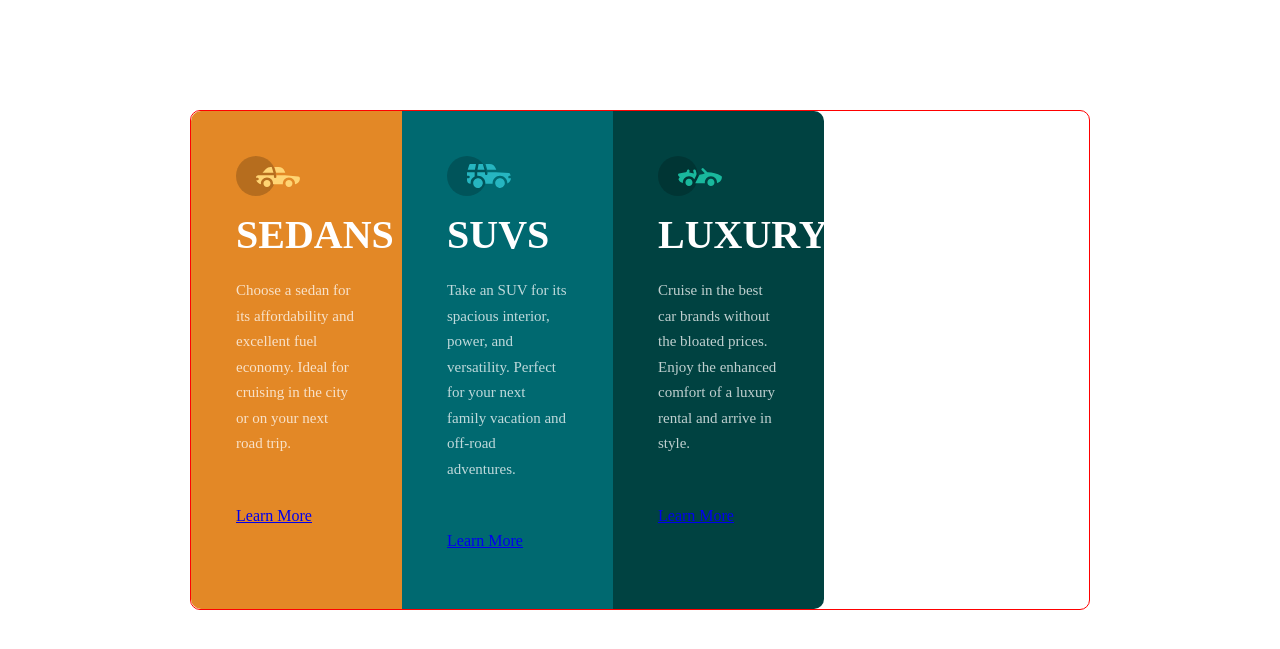
Repository: KamoliddinGIT/column-preview-card
Page: index.html
These files come from the project's save history. The page is drawn as it stood at one moment and after the next save; the edit follows.
The browser window is 1280 px wide. The pictures show the whole page.

Above is the page before, as saved 2023-09-15 16:35:12.

### index.html
<!DOCTYPE html>
<html lang="en">
  <head>
    <meta charset="UTF-8" />
    <meta name="viewport" content="width=device-width, initial-scale=1.0" />
    <link
      rel="icon"
      type="image/png"
      sizes="32x32"
      href="./images/favicon-32x32.png"
    />
    <link rel="stylesheet" href="./css/style.css" />
    <title>3-column preview card component</title>
  </head>
  <body>
    <div class="container">
      <div class="card card__1">
        <img src="./images/icon-sedans.svg" alt="sedans" />
        <h1>SEDANS</h1>
        <p>
          Choose a sedan for its affordability and excellent fuel economy. Ideal
          for cruising in the city or on your next road trip.
        </p>
        <a href="#">Learn More</a>
      </div>
      <div class="card card__2">
        <img src="./images/icon-suvs.svg" alt="suvs" />
        <h1>SUVS</h1>
        <p>
          Take an SUV for its spacious interior, power, and versatility. Perfect
          for your next family vacation and off-road adventures.
        </p>
        <a href="#">Learn More</a>
      </div>
      <div class="card card__3">
        <img src="./images/icon-luxury.svg" alt="icon-luxury" />
        <h1>LUXURY</h1>
        <p>
          Cruise in the best car brands without the bloated prices. Enjoy the
          enhanced comfort of a luxury rental and arrive in style.
        </p>
        <a href="#">Learn More</a>
      </div>
    </div>
  </body>
</html>

### css/style.css
* {
  margin: 0;
  padding: 0;
  box-sizing: border-box;
}

body {
  display: flex;
  justify-content: center;
  align-items: center;
  width: 100%;
  height: 100vh;
}

.container {
  display: flex;
  flex-direction: row;
  border-radius: 10px;
  width: 900px;
  height: 500px;
  color: hsla(0, 0%, 100%, 0.75);
  border: 1px solid red;
}

.card__1 {
  width: 211px;
  height: 100%;
  background-color: hsl(31, 77%, 52%);
  border-top-left-radius: 10px;
  border-bottom-left-radius: 10px;
  padding: 45px;
}

.card__2 {
  width: 211px;
  height: 100%;
  background-color: hsl(184, 100%, 22%);
  padding: 45px;
}

.card__3 {
  width: 211px;
  height: 100%;
  background-color: hsl(179, 100%, 13%);
  border-top-right-radius: 10px;
  border-bottom-right-radius: 10px;
  padding: 45px;
}

.card {
  padding: 45px;
  display: flex;
  flex-direction: column;
}

.card h1 {
  color: #fff;
  text-transform: uppercase;
  margin-top: 15px;
  margin-bottom: 20px;
  font-size: 40px;
}

.card img {
  width: 64px;
  height: 40px;
}

.card p {
  margin: 0 0 50px;
  font-size: 15px;
  line-height: 1.7;
}

After the next save:
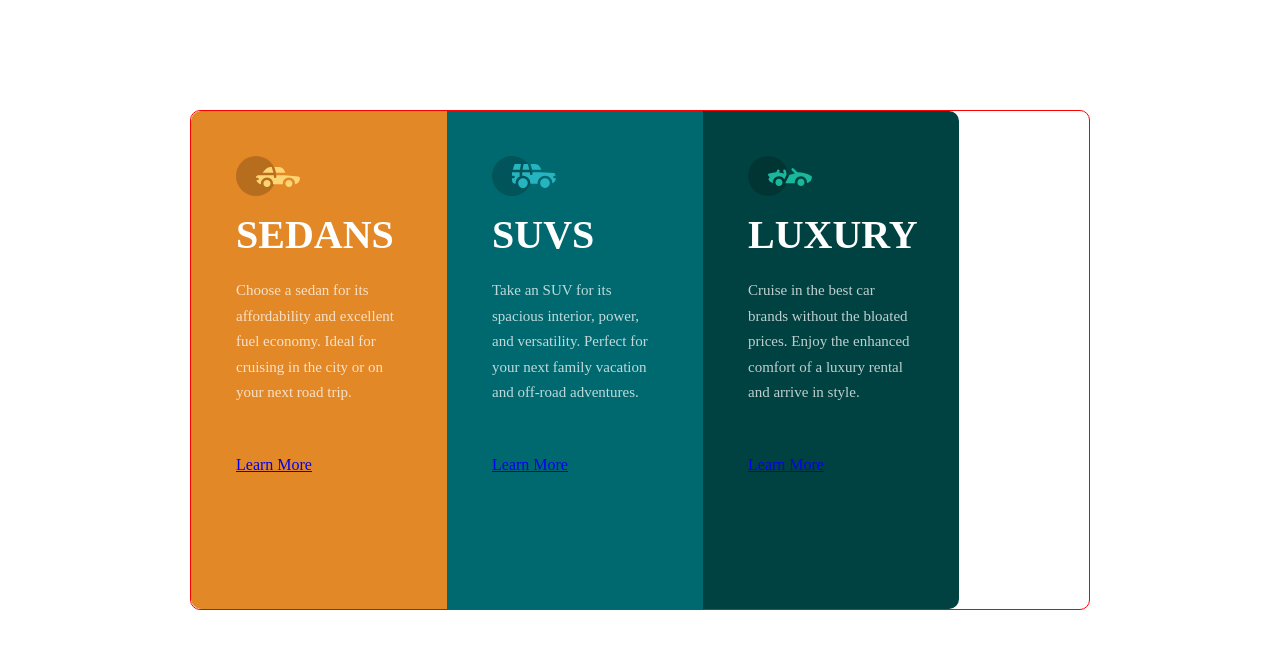
Saved 10 s later.
--- a/css/style.css
+++ b/css/style.css
@@ -23,7 +23,7 @@ body {
 }
 
 .card__1 {
-  width: 211px;
+  width: 256px;
   height: 100%;
   background-color: hsl(31, 77%, 52%);
   border-top-left-radius: 10px;
@@ -32,14 +32,14 @@ body {
 }
 
 .card__2 {
-  width: 211px;
+  width: 256px;
   height: 100%;
   background-color: hsl(184, 100%, 22%);
   padding: 45px;
 }
 
 .card__3 {
-  width: 211px;
+  width: 256px;
   height: 100%;
   background-color: hsl(179, 100%, 13%);
   border-top-right-radius: 10px;
